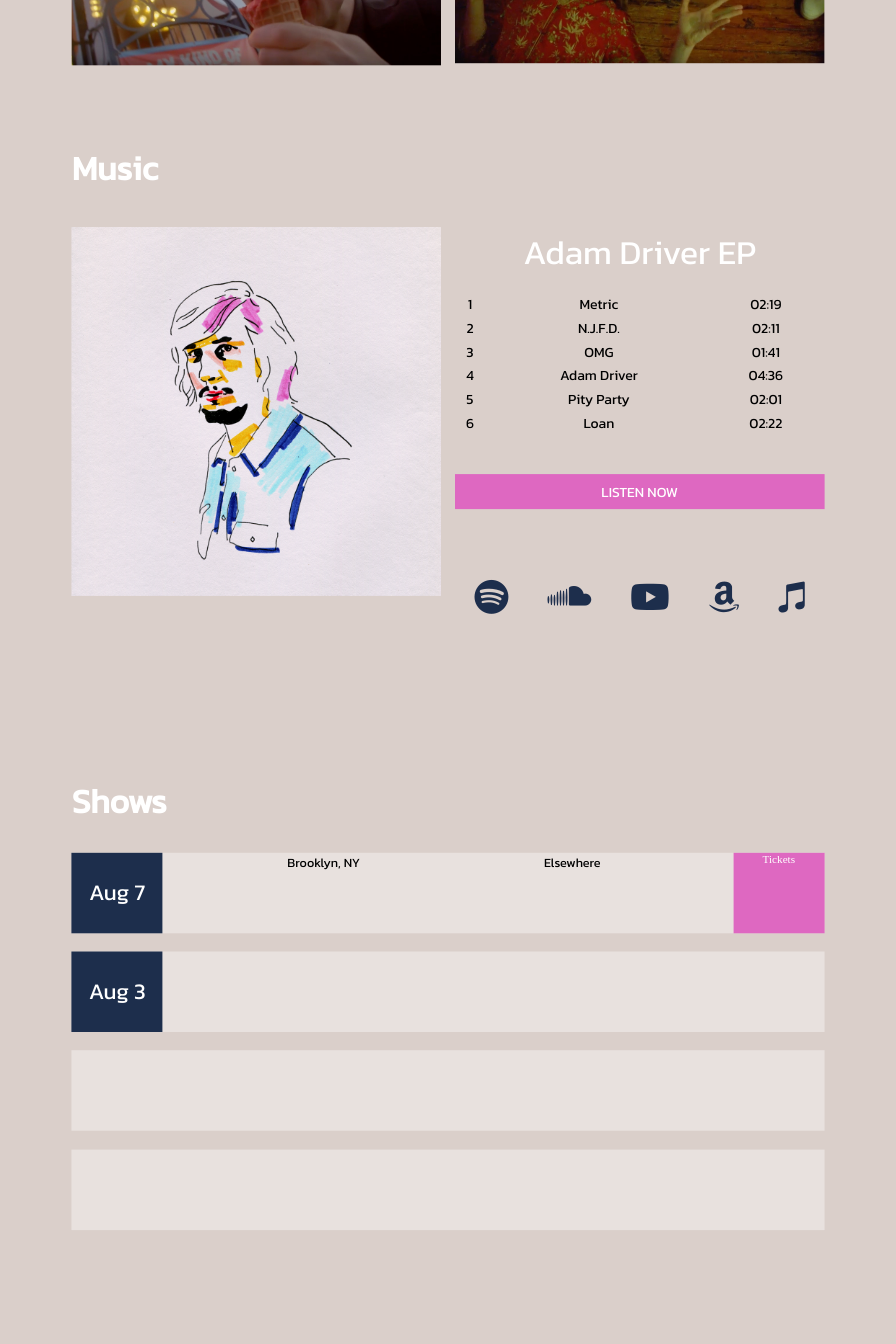
Repository: KrystellBarraza/SipperNYC
Page: index.html
The author's editor kept a copy of each file at every save. The page is drawn from the files as they stood at one save, then again after the next save.
The browser window is 1280 px wide. The pictures show the part of the page from y = 1455 to 3375 px (the page is 3375 px tall), at 70% of full size.
Some web libraries are served in a nearby version.

Above is the page before, as saved 2019-09-11 19:41:28.

### index.html
<!DOCTYPE html>
    <head>
        <meta charset="utf-8">
        <meta http-equiv="X-UA-Compatible" content="IE=edge">
        <title>Sipper</title>
        <meta name="description" content="Wholesome and intrinsically delicate, SIPPER is an NYC based band who wants nothing more than to make you enjoy whatever they put out.">
        <meta name="viewport" content="width=device-width, initial-scale=1">
        <script src="https://kit.fontawesome.com/0942df55aa.js"></script>
        <script src="https://ajax.googleapis.com/ajax/libs/jquery/3.4.1/jquery.min.js"></script>
        <link rel="stylesheet" href="https://ajax.googleapis.com/ajax/libs/jqueryui/1.12.1/themes/smoothness/jquery-ui.css">
        <script src="https://ajax.googleapis.com/ajax/libs/jqueryui/1.12.1/jquery-ui.min.js"></script>
        <link href="https://fonts.googleapis.com/css?family=Kanit&display=swap" rel="stylesheet">
        <link rel="stylesheet" href="venobox/venoboxcopy.css" type="text/css" media="screen">
        <link rel="stylesheet" href="style.css">
    </head>
    <body>

        <div class="container-home">
            <div class="head">
                <header>
                    <h1><a href="index.html">Sipper</a></h1>

                    <div id="toggleText">
                        <p class="menuToggle Open placeHolder"></p>
                        <p class="menuToggle Close" style="color: #FFF;"></p>
                    </div>

                    <div id="menu">
                        <ul id="hiddenMenu">
                            <li><a href="#video">Video</a></li>
                            <li><a href="#music">Music</a></li>
                            <li><a href="#shows">Shows</a></li>
                            <li><a href="#about">About</a></li>
                        </ul>
                    </div>

                    <div class="inlineMenu">
                        <a href="#video">Video</a>
                        <a href="#music">Music</a>
                        <a href="#shows">Shows</a>
                        <a href="#about">About</a>
                    </div>

                </header>
            </div>

            <div id="menu-container"></div>

            <div class="menu">
                <div class="flexbox-nav">
                    <nav class="side-Nav">
                        <li><a href="#video">Video</a></li>
                        <li><a href="#music">Music</a></li>
                        <li><a href="#shows">Shows</a></li>
                        <li><a href="#about">About</a></li>
                    </nav>
                </div>
            </div>

            <div class="album">
                <img src="images/albumcover.jpg">
            </div>

            <div class="footer"></div>

        </div>


        <div class="container-video">
            <div class="head-video">
                <h1 id="video">Video</h1>
            </div>

            <div class="container video-a">
                <div class="content">
                    <a class="venobox" data-autoplay="true" data-vbtype="video" data-gall="myGallery" href="https://youtu.be/N3MalJX4Ll4">
                        <div class="content-overlay"></div>
                        <img class="content-image" src="images/AdamDriver.jpg" alt="Adam Driver">
                        <div class="content-details fadeIn-bottom">
                            <p class="content-title">Adam Driver</p>
                        </div>
                    </a>
                </div>
            </div>

            <div class="container video-b">
                <div class="content">
                    <a class="venobox" data-autoplay="true" data-vbtype="video" data-gall="myGallery" href="https://youtu.be/suzVxfuO1rU">
                        <div class="content-overlay"></div>
                        <img class="content-image" src="images/Metric.jpg" alt="Metric">
                        <div class="content-details fadeIn-top">
                            <p class="content-title">Metric</p>
                        </div>
                    </a>
                </div>
            </div>

            <div class="container video-c">
                <div class="content">
                    <a class="venobox" data-autoplay="true" data-vbtype="video" data-gall="myGallery" href="https://youtu.be/sNYNVeHuiyg">
                        <div class="content-overlay"></div>
                        <img class="content-image" src="images/NJFD.jpg" alt="N.J.F.D.">
                        <div class="content-details fadeIn-left">
                            <p class="content-title">N.J.F.D.</p>
                        </div>
                    </a>
                </div>
            </div>

            <div class="container video-d">
                <div class="content">
                    <a class="venobox" data-autoplay="true" data-vbtype="video" data-gall="myGallery" href="https://youtu.be/S9CmWtUvWd0">
                        <div class="content-overlay"></div>
                        <img class="content-image" src="images/OMG.jpg" alt="OMG">
                        <div class="content-details fadeIn-right">
                            <p class="content-title">OMG</p>
                        </div>
                    </a>
                </div>
            </div>

            <div class="footer-video"></div>

        </div>

        <div class="container-music">
            <div class="head-music">
                <h1 id="music">Music</h1>
            </div>

            <div class="ep">
                <img src="images/albumcover.jpg">
            </div>

            <div class="music-k">
                <p class="ep-title">Adam Driver EP</p>

                <table>
                    <tr>
                        <td>1</td>
                        <td>Metric</td>
                        <td>02:19</td>
                    </tr>
                    <tr>
                        <td>2</td>
                        <td>N.J.F.D.</td>
                        <td>02:11</td>
                    </tr>
                    <tr>
                        <td>3</td>
                        <td>OMG</td>
                        <td>01:41</td>
                    </tr>
                    <tr>
                        <td>4</td>
                        <td>Adam Driver</td>
                        <td>04:36</td>
                    </tr>
                    <tr>
                        <td>5</td>
                        <td>Pity Party</td>
                        <td>02:01<td>
                    </tr>
                    <tr>
                        <td>6</td>
                        <td>Loan</td>
                        <td>02:22</td>
                    </tr>
                </table>
            </div>

            <div class="music-j">
                <div class="listen">
                    <a href="https://levelmusic.lnk.to/AdamDriver_EP" target="_blank">Listen Now</a>
                </div>
            </div>

            <div class="fabIcons music-g">
                <a href="https://open.spotify.com/album/55qLPgpA8Q9fKp5JZo5pjp" target="_blank"><i class="fab fa-spotify"></i></a>
                <a href="https://soundcloud.com/invertebratemusic/sets/sipper-adam-driver-ep" target="_blank"><i class="fab fa-soundcloud"></i></a>
                <a href="https://www.youtube.com/channel/UC4grwiaSitqhA_vmRum_fdg/search?query=sipper" target="_blank"><i class="fab fa-youtube"></i></a>
                <a href="https://www.amazon.com/gp/product/B07QJBL8ZX/ref=dm_ws_sp_ps_dp" target="_blank"><i class="fab fa-amazon"></i></a>
                <a href="https://music.apple.com/us/album/1459355658?app=music" target="_blank"><i class="fab fa-itunes-note"></i></a>
            </div>

            <div class="footer-music"></div>

        </div>

        <div class="container-shows">
            <div class="head-shows">
                <h1 id="shows">Shows</h1>
            </div>

            <div class="shows-m">
                <div class="dates-container-flex">
                    <div class="date">Aug 7</div>

                    <div class="location">
                        <p>Brooklyn, NY</p>
                    </div>

                    <div class="venue">
                        <p>Elsewhere</p>
                    </div>

                    <div class="tickets">Tickets</div>
                </div>
            </div>


            <div class="shows-n">
                <div class="dates-container-flex">
                    <div class="date">Aug 3</div>

                </div>
            </div>


            <div class="shows-o">
                <div class="dates-container-flex">

                </div>
            </div>

            <div class="shows-p">
                <div class="dates-container-flex">

                </div>
            </div>

            <div class="footer-shows"></div>

        </div>

        <script src="app.js" async defer></script>
        <script src="venobox/venobox.mincopy.js" async defer></script>
    </body>
</html>

### style.css
* {
    box-sizing: border-box;
}

html {
    scroll-behavior: smooth;
}

body {
    margin: 0;
    background-color: #dacfca;
}

p, li {
    font-family: 'Kanit', sans-serif;
}

p {
    font-size: 18px;
    margin: 0;
}

h1 {
    font-family: 'Kanit', sans-serif;
    color: #fff;
    font-size: 48px;
}

a {
    text-decoration: none;
    color: #fff;
}

/* Header - Home */

.container-home {
    display: grid;
    grid-template-columns: repeat(12, 1fr);
    grid-template-rows: auto 2fr 1fr;
    grid-gap: 5px;
    grid-column-gap: 20px;
    padding-left: 8%;
    padding-right: 8%;
    grid-template-areas:
    "h h h h h h h h h h h h"
    "c c c c c c c c c m m m"
    "c c c c c c c c c m m m"
    "c c c c c c c c c m m m"
    "f f f f f f f f f f f f";
}

.head {
    grid-area: h;
}

.inlineMenu {
    font-family: 'Kanit', sans-serif;
    font-size: 22px;
    word-spacing: 1em;
    top: 16%;
    right: 10%;
    position: absolute;
}

@media (min-width: 566px) and (max-width: 569px) {
    .inlineMenu {
        top: 19.5%;
        word-spacing: .5em;
    }
}

/* Toggled Header Nav */

#toggleText {
    top: 5%;
    right: 10%;
    color: #fff;
    position: absolute;
    z-index: 10;
}

#menu-container {
    background-color: #1d2e4c;
    position: absolute;
    width: 100%;
    left: 0%;
    height: 100vh;
    z-index: 6;
}

#menu {
    background-color: #1d2e4c;
    position: absolute;
    top: 0%;
    left: 0%;
    width: 100%;
    height: 100vh;
    z-index: 7;
}

#hiddenMenu {
    position: absolute;
    top: 30%;
}

p.placeHolder {
    display: none;
}

p.Open:before {
    content: "Menu";
}

p.Close:before {
    content: "Close";
}

ul {
    list-style: none;
}

li {
    font-size: 44px;
    line-height: 46pt;
}

/* Toggled Menu Media Queries */

@media only screen and (max-width: 450px) {
    nav {
        visibility: hidden;
    }
}

@media only screen and (min-width: 450px) {
    #toggleText {
        visibility: hidden;
    }

    #menu {
        visibility: hidden;
    }

    #menu-container {
        visibility: hidden;
    }
}

/* Scrollbar */

::-webkit-scrollbar { width: 8px; }

::-webkit-scrollbar-track { color: transparent; }

::-webkit-scrollbar-thumb {
    background-color: rgba(000, 0, 0, 0.2);
    border-radius: 5px;
}

/* Menu */

.menu {
    grid-area: m;
}

.flexbox-nav {
    display: flex;
    align-items: flex-end;
    justify-content: flex-end;
    margin-top: 356px;
}

.side-nav {
    align-self: flex-end;
    margin-top: 30px;
}

nav > a {
    font-family: 'Kanit', sans-serif;
    color: #fff;
    font-size: 48px;
}

nav > li {
    list-style-type: none;
    padding: 0;
    margin: 0;
}

@media only screen and (max-width: 416px){
    .menu {
        display: none;
    }

    .container-home {
        display: grid;
        grid-template-columns: repeat(12, 1fr);
        grid-template-rows: auto 2fr 1fr;
        grid-gap: 5px;
        padding-left: 8%;
        padding-right: 8%;
        grid-template-areas:
        "h h h h h h h h h h h h"
        "c c c c c c c c c c c c"
        "c c c c c c c c c c c c"
        "c c c c c c c c c c c c"
        "f f f f f f f f f f f f";
    }

    .album > img {
        object-fit: contain;
        width: 100%;
    }

}

/* Inline Menu Queries */

@media only screen and (max-width: 416px) {
    .inlineMenu {
        display: none;
    }
}

@media only screen and (min-width: 766px){
    .inlineMenu {
        display: none;
    }
}

/* Mobile Landscape Queries */

@media (orientation: landscape) and (max-width: 766px) {
    .menu {
        display: none;
    }

    .container-home {
        display: grid;
        grid-template-columns: repeat(12, 1fr);
        grid-template-rows: auto 2fr 1fr;
        grid-gap: 5px;
        padding-left: 8%;
        padding-right: 8%;
        grid-template-areas:
        "h h h h h h h h h h h h"
        "c c c c c c c c c c c c"
        "c c c c c c c c c c c c"
        "c c c c c c c c c c c c"
        "f f f f f f f f f f f f";
    }

    .album > img {
        object-fit: contain;
        width: 100%;
    }
}

/* Album */

.album {
    grid-area: c;
}

.album > img {
    object-fit: contain;
    width: 100%;
    max-height: 600px;
}

.footer {
    grid-area: f;
    height: 70px;
}


/* Video */

.container-video {
    display: grid;
    grid-template-columns: repeat(12, 1fr);
    grid-template-rows: auto 1fr 1fr;
    grid-gap: 5px;
    grid-column-gap: 20px;
    padding-left: 8%;
    padding-right: 8%;
    grid-template-areas:
    "h h h h h h h h h h h h"
    "a a a a a a b b b b b b"
    "c c c c c c d d d d d d"
    "f f f f f f f f f f f f";
}

.head-video {
    grid-area: h;
}

.video-a {
    grid-area: a;
    justify-self: center;
}

.video-b {
    grid-area: b;
    justify-self: center;
}

.video-c {
    grid-area: c;
    justify-self: center;
}

.video-d {
    grid-area: d;
    justify-self: center;
}

.footer-video {
    grid-area: f;
    height: 70px;
}

.container .title {
    text-align: center;
}

.content {
    position: relative;
    width: 100%;
    max-width: 550px;
    overflow: hidden;
}

.content .content-overlay {
    background: rgba(0,0,0,0.7);
    position: absolute;
    height: 99%;
    width: 100%;
    opacity: 0;
    -webkit-transition: all 0.4s ease-in-out 0s;
    -moz-transition: all 0.4s ease-in-out 0s;
    transition: all 0.4s ease-in-out 0s;
}

.content:hover .content-overlay {
    opacity: 1;
}

.content-image {
    width: 100%;
}

.content-details {
    position: absolute;
    text-align: center;
    padding-left: 1em;
    padding-right: 1em;
    width: 100%;
    top: 50%;
    left: 50%;
    opacity: 0;
    -webkit-transform: translate(-50%, -50%);
    -moz-transform: translate(-50%, -50%);
    transform: translate(-50%, -50%);
    -webkit-transition: all 0.3s ease-in-out 0s;
    -moz-transition: all 0.3s ease-in-out 0s;
    transition: all 0.3s ease-in-out 0s;
}

.content:hover .content-details {
    top: 50%;
    left: 50%;
    opacity: 1;
}

.content-details p {
    color: #fff;
    font-weight: 500;
    letter-spacing: 0.15em;
    margin-bottom: 0.5em;
    font-size: 0.8em;
    text-transform: uppercase;
}

.fadeIn-bottom {
    top: 80%;
}

.fadeIn-top {
    top: 20%;
}

.fadeIn-left {
    left: 20%;
}

.fadeIn-right {
    left: 80%;
}

@media only screen and (max-width: 416px){
    .container-video {
        display: grid;
        grid-template-columns: repeat(12, 1fr);
        grid-template-rows: auto 1fr 1fr;
        grid-gap: 5px;
        padding-left: 8%;
        padding-right: 8%;
        grid-template-areas:
        "h h h h h h h h h h h h"
        "a a a a a a a a a a a a"
        "b b b b b b b b b b b b"
        "c c c c c c c c c c c c"
        "d d d d d d d d d d d d"
        "f f f f f f f f f f f f";
    }

    .footer-video {
        display: none;
    }
}

/* Music */

.container-music {
    display: grid;
    grid-template-columns: repeat(12, 1fr);
    grid-template-rows: repeat(6, 1fr);
    grid-gap: 5px;
    grid-column-gap: 20px;
    padding-left: 8%;
    padding-right: 8%;
    grid-template-areas:
    "h h h h h h h h h h h h"
    "e e e e e e k k k k k k"
    "e e e e e e k k k k k k"
    "e e e e e e j j j j j j"
    "e e e e e e g g g g g g"
    "f f f f f f f f f f f f";
}

.head-music {
    grid-area: h;
}

.footer-music {
    grid-area: f;
    height: 70px;
}

.ep {
    grid-area: e;
}

.ep > img {
    object-fit: contain;
    width: 100%;
    max-height: 600px;
}

.music-k {
    grid-area: k;
}

.music-k > .ep-title {
    object-fit: contain;
    text-align: center;
    font-size: 48px;
    color: #fff;
    margin: 0;
    width: 100%;
}

.music-k > table {
    font-family: 'Kanit', sans-serif;
    object-fit: contain;
    text-align: center;
    padding-top: 20px;
    border: 0;
    font-size: 20px;
    width: 100%;
}

.music-g {
    grid-area: g;
    align-items: center;
}

.fabIcons {
    display: flex;
    justify-content: space-around;
}

i {
    font-family:'FontAwesome';
    font-size: 50px;
    color: #1d2e4c;
    transition: 0.5s;
}

i.fab:hover {
    color: #3a527c;
}

.music-j {
    grid-area: j;
    align-items: center;
}

.listen {
    margin-top: 50px;
    display: flex;
    justify-content: space-around;
    background: #de68c1;
    font-family: 'Kanit', sans-serif;
    text-transform: uppercase;
    text-align: center;
    align-items: center;
    height: 50px;
    font-size: 1.25em;
    -webkit-transition: 0.5s;
    transition: 0.5s;
    border: none;
}

.listen:hover {
    background: #e794ce;
}

@media only screen and (max-width: 376px) {
    i {
        font-size: 40px;
    }
}

@media screen and (max-width: 824px) {
    .music-k > .ep-title {
        font-size: 36px;
        text-align: center;
    }

    i {
        font-size: 36px;
    }

    .container-music {
        display: grid;
        grid-template-columns: repeat(12, 1fr);
        grid-template-rows: 1fr 1fr 1fr auto;
        grid-gap: 5px;
        grid-column-gap: 20px;
        padding-left: 8%;
        padding-right: 8%;
        grid-template-areas:
        "h h h h h h h h h h h h"
        "e e e e e e k k k k k k"
        "e e e e e e k k k k k k"
        "g g g g g g j j j j j j"
        "f f f f f f f f f f f f";
    }

    .listen {
        margin-top: 10px;
    }

    .fabIcons {
        margin-top: 10px;
    }
}

@media (orientation: landscape) and (max-width: 668px) {
    .music-k > .ep-title {
        font-size: 25px;
    }

    .music-k > table {
        font-size: 14px;
        width: 100%;
        text-align: center;
    }

    .listen {
        margin-top: 0;
    }

    .fabIcons {
        margin-top: 0;
    }
}

@media only screen and (max-width: 416px) {
    .container-music {
        display: grid;
        grid-template-columns: repeat(12, 1fr);
        grid-template-rows: 1fr auto;
        grid-gap: 5px;
        grid-column-gap: 20px;
        padding-left: 8%;
        padding-right: 8%;
        grid-template-areas:
        "h h h h h h h h h h h h"
        "e e e e e e e e e e e e"
        "e e e e e e e e e e e e"
        "k k k k k k k k k k k k"
        "k k k k k k k k k k k k"
        "j j j j j j j j j j j j"
        "g g g g g g g g g g g g"
        "f f f f f f f f f f f f";
    }

    .music-k > table {
        font-size: 16px;
        width: 100%;
        text-align: center;
    }

    .music-k > .ep-title {
        font-size: 36px;
        text-align: center;
    }

    .listen {
        margin-top: 20px;
    }

    .music-g {
        margin-top: 25px;
        margin-bottom: 25px;
    }

    .footer-music {
        display: none;
    }

}

/* Shows */

.container-shows {
    display: grid;
    grid-template-columns: repeat(12, 1fr);
    grid-template-rows: repeat(6, 1fr);
    grid-gap: 5px;
    grid-column-gap: 20px;
    padding-left: 8%;
    padding-right: 8%;
    grid-template-areas:
    "h h h h h h h h h h h h"
    "m m m m m m m m m m m m"
    "n n n n n n n n n n n n"
    "o o o o o o o o o o o o"
    "p p p p p p p p p p p p"
    "f f f f f f f f f f f f";
}

.head-shows {
    grid-area: h;
}

.shows-m {
    grid-area: m;
}

.shows-n {
    grid-area: n;
}

.shows-o {
    grid-area: o;
}

.shows-p {
    grid-area: p;
}

.footer-shows {
    grid-area: f;
    height: 70px;
}

.dates-container-flex {
    display: flex;
    flex-direction: column;
    flex-flow: row wrap;
    justify-content: space-between;
    align-content: space-between;
    background-color: rgba(255, 255, 255, 0.37);
    transition: 0.5s;
    height: 115px;
}

.dates-container-flex:hover {
    background-color: rgba(255, 255, 255, 0.568);
}

.date {
    background-color: #1d2e4c;
    color: #FFF;
    width: 130px;
    height: 115px;
    text-align: center;
    line-height: 2em;
    order: 1;
    align-self: flex-start;
    padding-top: 25px;
    font-size: 2em;
    font-family: 'Kanit', sans-serif;
}

.location {
    width: 250px;
    height: 115px;
    text-align: center;
    order: 2;
}

.venue {
    width: 250px;
    height: 115px;
    text-align: center;
    order: 3;
}

.tickets {
    background-color: #de68c1;
    color: #FFF;
    width: 130px;
    height: 115px;
    text-align: center;
    order: 4;
    align-self: flex-end;
    -webkit-transition: 0.5s;
            transition: 0.5s;
}

.tickets:hover {
    background-color: #e794ce;
}

@media screen and (max-width: 824px) {
    .container-shows {
        display: grid;
        grid-template-columns: repeat(12, 1fr);
        grid-template-rows: 1fr auto;
        grid-gap: 30px;
        grid-column-gap: 20px;
        padding-left: 8%;
        padding-right: 8%;
        grid-template-areas:
        "h h h h h h h h h h h h"
        "m m m m m m m m m m m m"
        "m m m m m m m m m m m m"
        "n n n n n n n n n n n n"
        "n n n n n n n n n n n n"
        "o o o o o o o o o o o o"
        "o o o o o o o o o o o o"
        "p p p p p p p p p p p p"
        "p p p p p p p p p p p p"
        "f f f f f f f f f f f f";
    }

    .dates-container-flex {
        height: 250px;
    }

    .date {
        width: 100%;
        height: 110px;
    }

    .location {
        width: 100%;
        height: 50px;
    }

    .venue {
        width: 100%;
        height: 50px;
    }

    .tickets {
        width: 100%;
        height: 40px;
    }
}

### app.js
$(document).ready(() => {
    $('#toggleText').click(() => {
      $('.menuToggle').toggleClass('placeHolder');
      $('#menu').toggle('slide',{direction:'up'}, 1000);
      $('#menu-container').toggle('fade',{direction: 'down'}, 500);
    });
  });

  $(document).ready(function(){
    $('.venobox').venobox({
        spinner:'three bounce',
        closeBackground: 'transparent'
    });
});

Loaded but not shown: venobox/venoboxcopy.css (common file); venobox/venobox.mincopy.js (library)

After the next save:
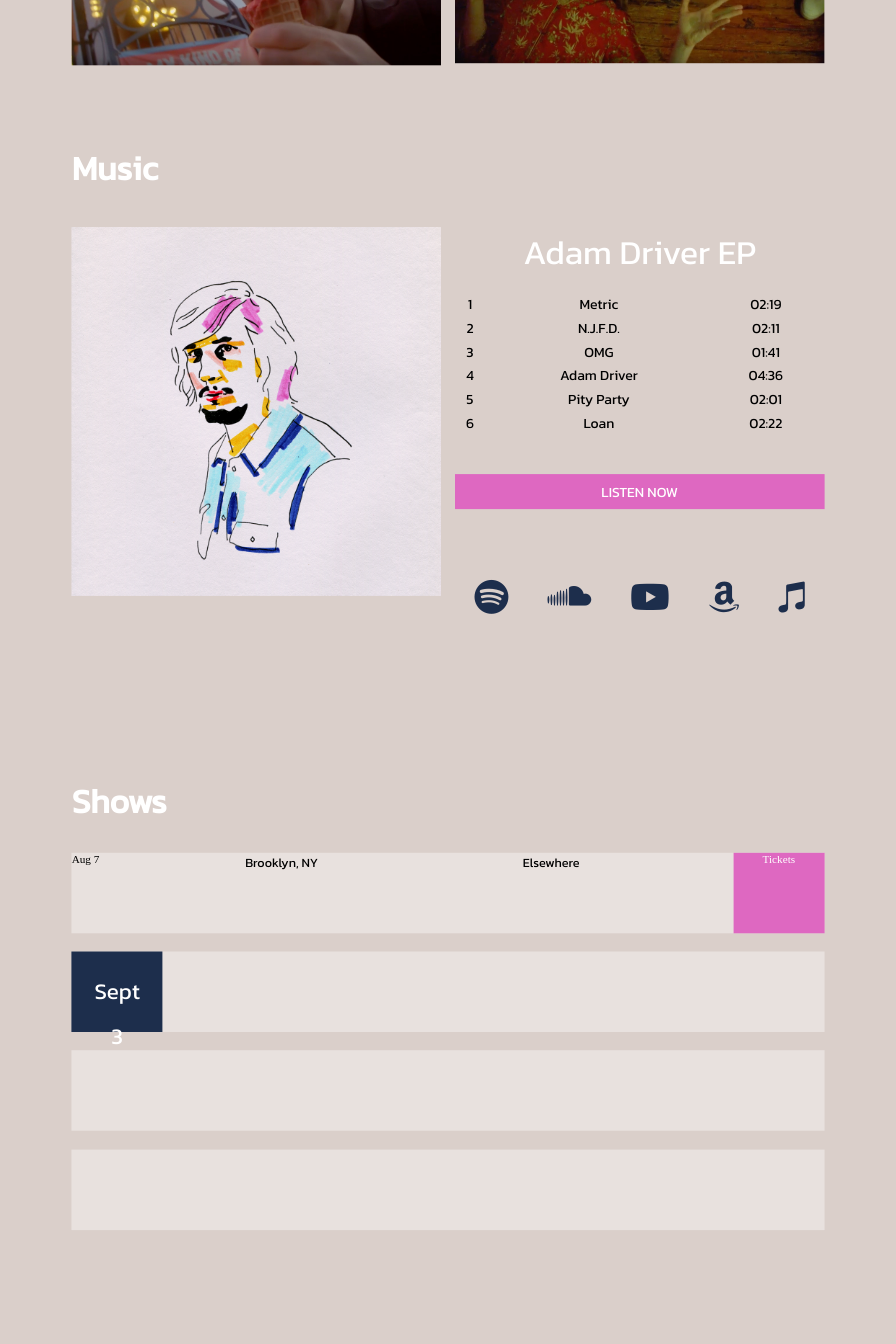
Saved 2 min 23 s later.
--- a/index.html
+++ b/index.html
@@ -211,7 +211,10 @@
 
             <div class="shows-n">
                 <div class="dates-container-flex">
-                    <div class="date">Aug 3</div>
+                    <div class="date-box">
+                        <div class="month">Sept</div>
+                        <div class="date">3</div>
+                    </div>
 
                 </div>
             </div>
--- a/style.css
+++ b/style.css
@@ -693,7 +693,7 @@ i.fab:hover {
     background-color: rgba(255, 255, 255, 0.568);
 }
 
-.date {
+.date-box {
     background-color: #1d2e4c;
     color: #FFF;
     width: 130px;
